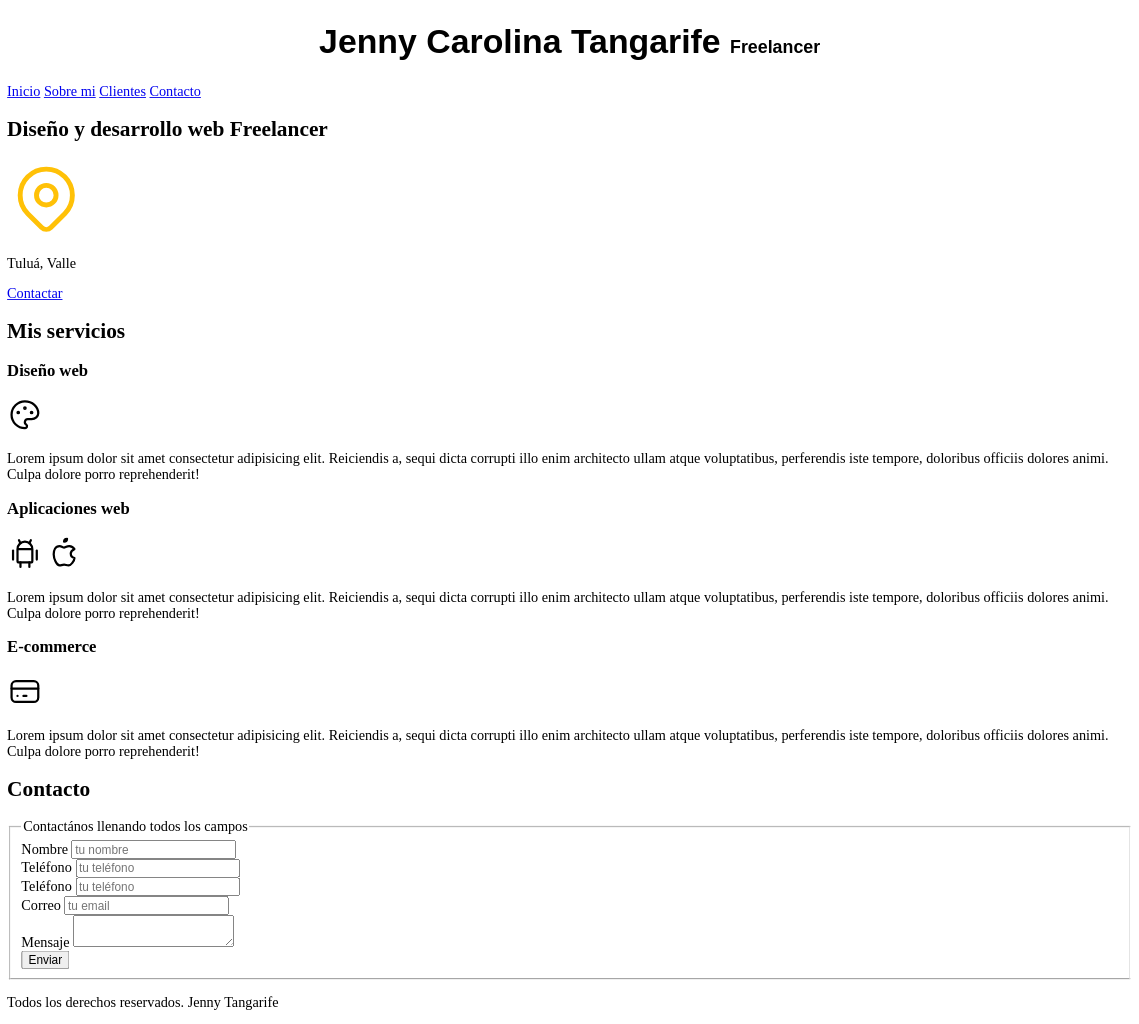
Repository: Jenny980/Sitio-freelancer
Page: index.html
These files come from the project's save history. The page is drawn as it stood at one moment and after the next save; the edit follows.
The browser window is 1280 px wide. The pictures show the whole page, at 89% of full size.
Some web fonts or font styles are not loaded; a fallback is used.

Above is the page before, as saved 2023-02-24 16:25:30.

### index.html
<!DOCTYPE html>
<html lang="en">
<head>
    <meta charset="UTF-8">
    <meta http-equiv="X-UA-Compatible" content="IE=edge">
    <meta name="viewport" content="width=device-width, initial-scale=1.0">
    <title>Diseñador Freelancer</title>
    <link href="https://fonts.googleapis.com/css2?family=Krub:wght@400;700&display=swap" rel="stylesheet">
    <link rel="preload" href="css/styles.css" as="style">
    <link rel="stylesheet" href="css/styles.css">
</head>
<body>
    <header>
        <h1 class="titulo">Jenny Carolina Tangarife <span>Freelancer</span></h1>
    </header>

    <nav>
        <a href="#">Inicio</a>
        <a href="#">Sobre mi</a>
        <a href="#">Clientes</a>
        <a href="#">Contacto</a>
    </nav>


    <section>
        <h2>Diseño y desarrollo web Freelancer</h2>

        <svg xmlns="http://www.w3.org/2000/svg" class="icon icon-tabler icon-tabler-map-pin" width="88" height="88" viewBox="0 0 24 24" stroke-width="1.5" stroke="#FFC107" fill="none" stroke-linecap="round" stroke-linejoin="round">
            <path stroke="none" d="M0 0h24v24H0z" fill="none"/>
            <circle cx="12" cy="11" r="3" />
            <path d="M17.657 16.657l-4.243 4.243a2 2 0 0 1 -2.827 0l-4.244 -4.243a8 8 0 1 1 11.314 0z" />
        </svg>

        <p>Tuluá, Valle</p>
        <a href="#">Contactar</a>
    </section>


    <main>
        <h2>Mis servicios</h2>

        <section>
            <h3>Diseño web</h3>
            <svg xmlns="http://www.w3.org/2000/svg" class="icon icon-tabler icon-tabler-palette" width="40" height="40" viewBox="0 0 24 24" stroke-width="1.5" stroke="#000000" fill="none" stroke-linecap="round" stroke-linejoin="round">
                <path stroke="none" d="M0 0h24v24H0z" fill="none"/>
                <path d="M12 21a9 9 0 1 1 0 -18a9 8 0 0 1 9 8a4.5 4 0 0 1 -4.5 4h-2.5a2 2 0 0 0 -1 3.75a1.3 1.3 0 0 1 -1 2.25" />
                <circle cx="7.5" cy="10.5" r=".5" fill="currentColor" />
                <circle cx="12" cy="7.5" r=".5" fill="currentColor" />
                <circle cx="16.5" cy="10.5" r=".5" fill="currentColor" />
            </svg>
            <p>Lorem ipsum dolor sit amet consectetur adipisicing elit. Reiciendis a, sequi dicta corrupti illo enim
                architecto ullam atque voluptatibus, perferendis iste tempore, doloribus officiis dolores animi.
                Culpa dolore porro reprehenderit!</p>
        </section>

        <section>
            <h3>Aplicaciones web</h3>
            <svg xmlns="http://www.w3.org/2000/svg" class="icon icon-tabler icon-tabler-brand-android" width="40" height="40" viewBox="0 0 24 24" stroke-width="1.5" stroke="#000000" fill="none" stroke-linecap="round" stroke-linejoin="round">
                <path stroke="none" d="M0 0h24v24H0z" fill="none"/>
                <line x1="4" y1="10" x2="4" y2="16" />
                <line x1="20" y1="10" x2="20" y2="16" />
                <path d="M7 9h10v8a1 1 0 0 1 -1 1h-8a1 1 0 0 1 -1 -1v-8a5 5 0 0 1 10 0" />
                <line x1="8" y1="3" x2="9" y2="5" />
                <line x1="16" y1="3" x2="15" y2="5" />
                <line x1="9" y1="18" x2="9" y2="21" />
                <line x1="15" y1="18" x2="15" y2="21" />
            </svg>
            <svg xmlns="http://www.w3.org/2000/svg" class="icon icon-tabler icon-tabler-brand-apple" width="40" height="40" viewBox="0 0 24 24" stroke-width="1.5" stroke="#000000" fill="none" stroke-linecap="round" stroke-linejoin="round">
                <path stroke="none" d="M0 0h24v24H0z" fill="none"/>
                <path d="M9 7c-3 0 -4 3 -4 5.5c0 3 2 7.5 4 7.5c1.088 -.046 1.679 -.5 3 -.5c1.312 0 1.5 .5 3 .5s4 -3 4 -5c-.028 -.01 -2.472 -.403 -2.5 -3c-.019 -2.17 2.416 -2.954 2.5 -3c-1.023 -1.492 -2.951 -1.963 -3.5 -2c-1.433 -.111 -2.83 1 -3.5 1c-.68 0 -1.9 -1 -3 -1z" />
                <path d="M12 4a2 2 0 0 0 2 -2a2 2 0 0 0 -2 2" />
            </svg>
            <p>Lorem ipsum dolor sit amet consectetur adipisicing elit. Reiciendis a, sequi dicta corrupti illo enim
                architecto ullam atque voluptatibus, perferendis iste tempore, doloribus officiis dolores animi.
                Culpa dolore porro reprehenderit!</p>
        </section>

        <section>
            <h3>E-commerce</h3>
            <svg xmlns="http://www.w3.org/2000/svg" class="icon icon-tabler icon-tabler-credit-card" width="40" height="40" viewBox="0 0 24 24" stroke-width="1.5" stroke="#000000" fill="none" stroke-linecap="round" stroke-linejoin="round">
                <path stroke="none" d="M0 0h24v24H0z" fill="none"/>
                <rect x="3" y="5" width="18" height="14" rx="3" />
                <line x1="3" y1="10" x2="21" y2="10" />
                <line x1="7" y1="15" x2="7.01" y2="15" />
                <line x1="11" y1="15" x2="13" y2="15" />
            </svg>
            <p>Lorem ipsum dolor sit amet consectetur adipisicing elit. Reiciendis a, sequi dicta corrupti illo enim
                architecto ullam atque voluptatibus, perferendis iste tempore, doloribus officiis dolores animi.
                Culpa dolore porro reprehenderit!</p>
        </section>

    </main>

    <section>
        <h2>Contacto</h2>
        <form>
            <fieldset>
                <legend>Contactános llenando todos los campos</legend>

                <div>
                    <label>Nombre</label>
                    <input type="text" placeholder="tu nombre">
                </div>

                <div>
                    <label>Teléfono</label>
                    <input type="tel" placeholder="tu teléfono">
                </div>

                <div>
                    <label>Teléfono</label>
                    <input type="tel" placeholder="tu teléfono">
                </div>

                <div>
                    <label>Correo</label>
                    <input type="email" placeholder="tu email">
                </div>

                <div>
                    <label>Mensaje</label>
                    <textarea></textarea>
                </div>

                <div>
                    <input type="submit" value="Enviar">
                </div>

            </fieldset>
        </form>
    </section>

    <footer>
        <p>Todos los derechos reservados. Jenny Tangarife</p>
    </footer>

</body>
</html>

### css/styles.css
:root{
    --blanco: #ffffff;
    --oscuro: #212121;
    --primario: #FFC107;
}

html{
    font-size: 62.5%;
}
body{
    font-size: 16px;
}
.titulo {
    text-align: center;
    font-size: 3.8rem;
    font-family: 'Krub', sans-serif;

}

.titulo span {
    font-size: 2rem;
}

After the next save:
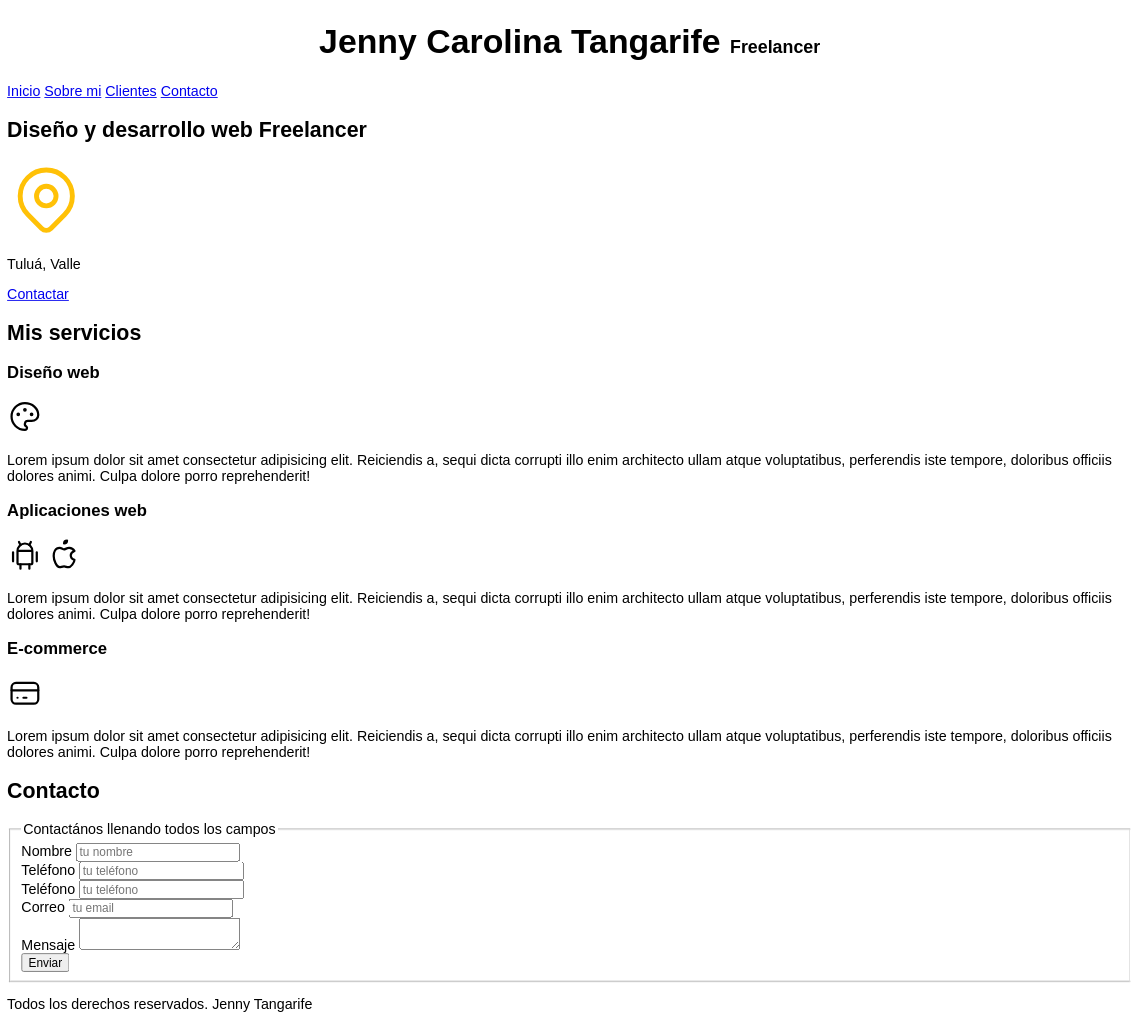
Saved 114 s later.
--- a/css/styles.css
+++ b/css/styles.css
@@ -9,11 +9,12 @@ html{
 }
 body{
     font-size: 16px;
+    font-family: 'Krub', sans-serif;
 }
 .titulo {
     text-align: center;
     font-size: 3.8rem;
-    font-family: 'Krub', sans-serif;
+
 
 }
 
